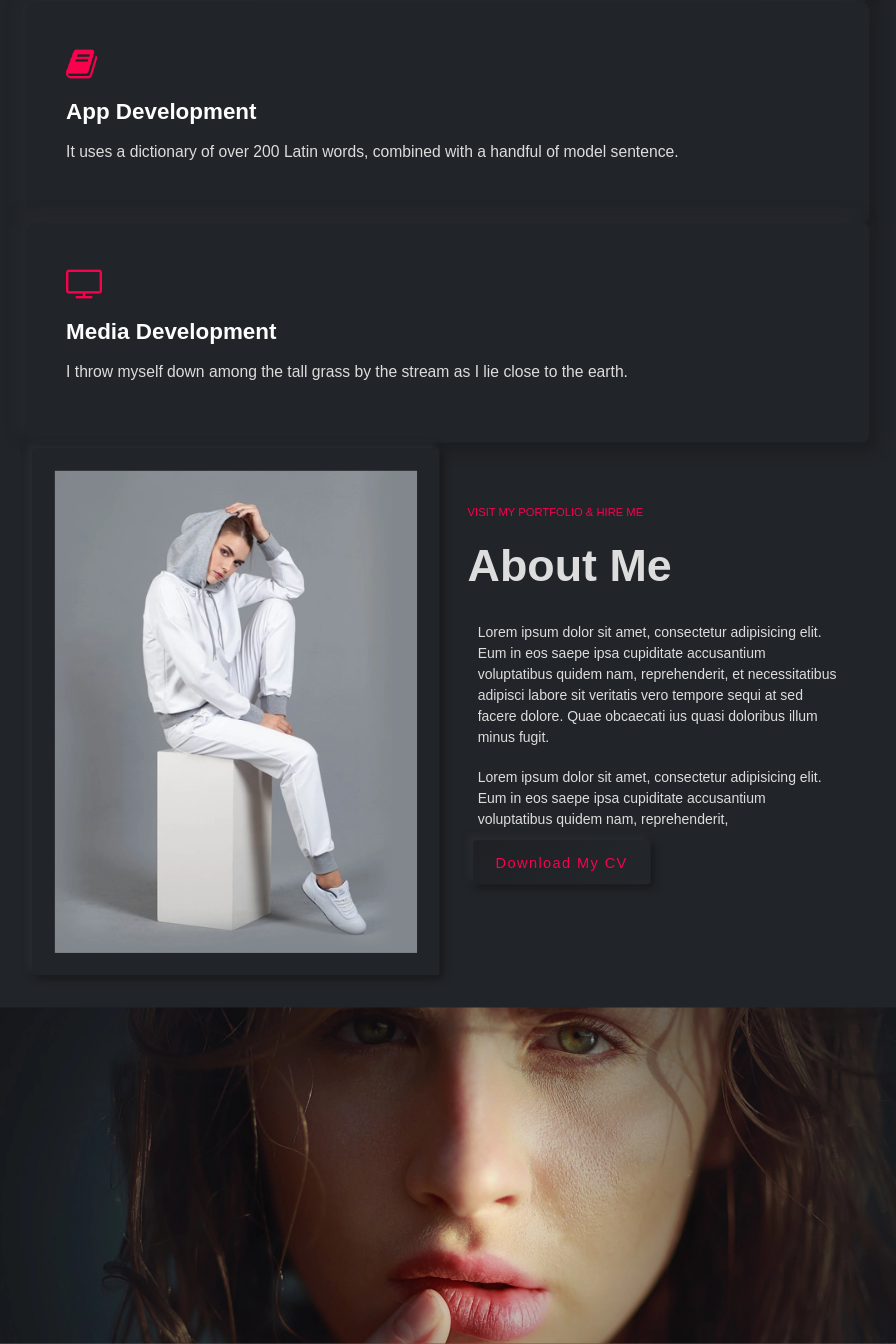
Repository: arminprogramme/inbio
Page: /
An editor plug-in stored every save of this project. The page is shown before and after the next save, followed by the edit.
The browser window is 1280 px wide. The pictures show the part of the page from y = 1275 to 3195 px (the page is 3195 px tall), at 70% of full size.
Some web libraries are served in a nearby version. The project was rebuilt for these pictures with package versions that can differ from the ones it lists, and the page was loaded fresh each time. Also part of the build but not shown: vite.config.js.

Above is the page before, as saved 2023-10-20 04:08:12.

After the next save:
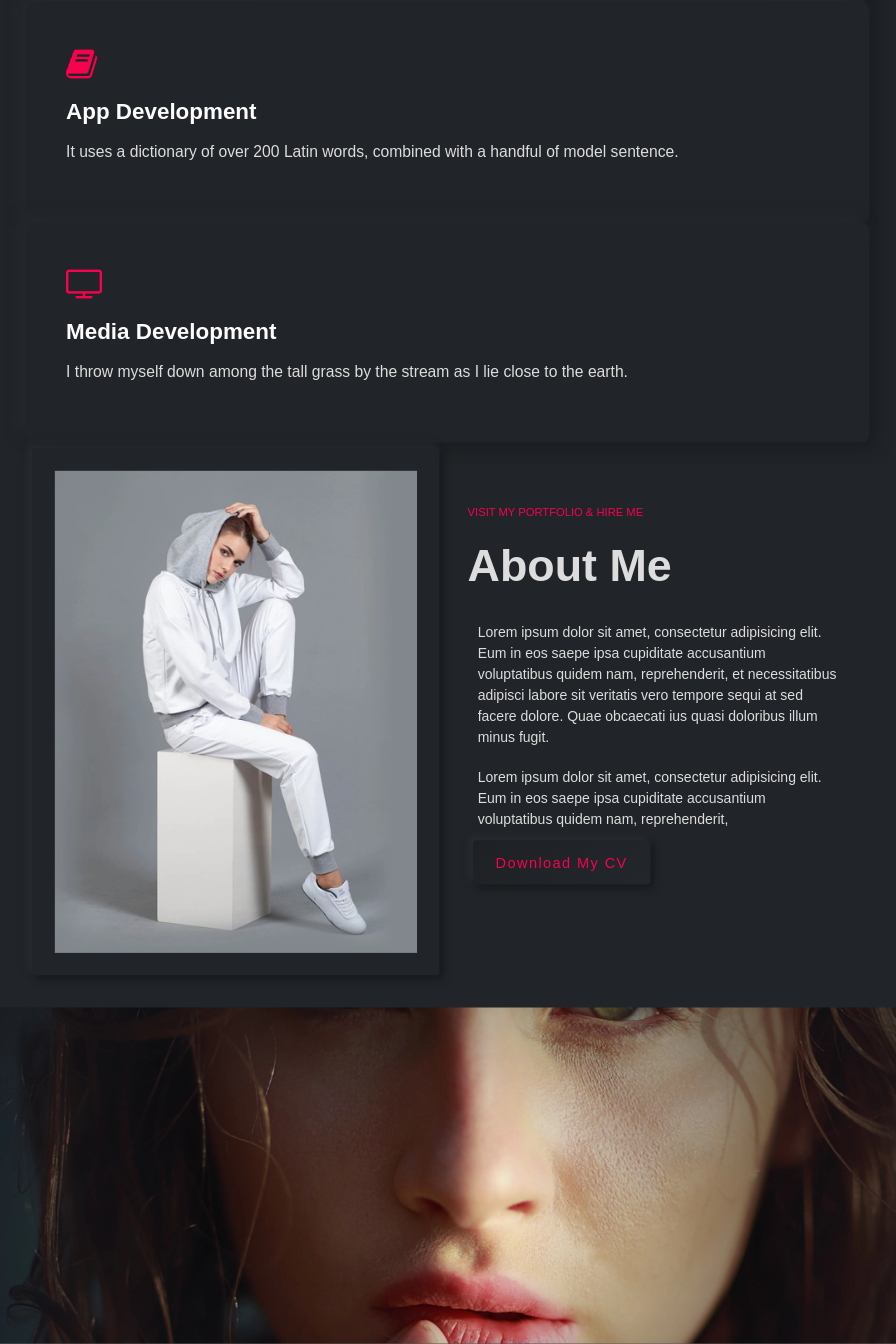
Saved 15 s later.
--- a/src/Component/Body/Body.css
+++ b/src/Component/Body/Body.css
@@ -7,6 +7,5 @@
 .girl-bg {
     background-image: url(../../../bg-image-8.webp);
     padding: 15em;
-    background-size: cover;
     background-position: center;
 }
